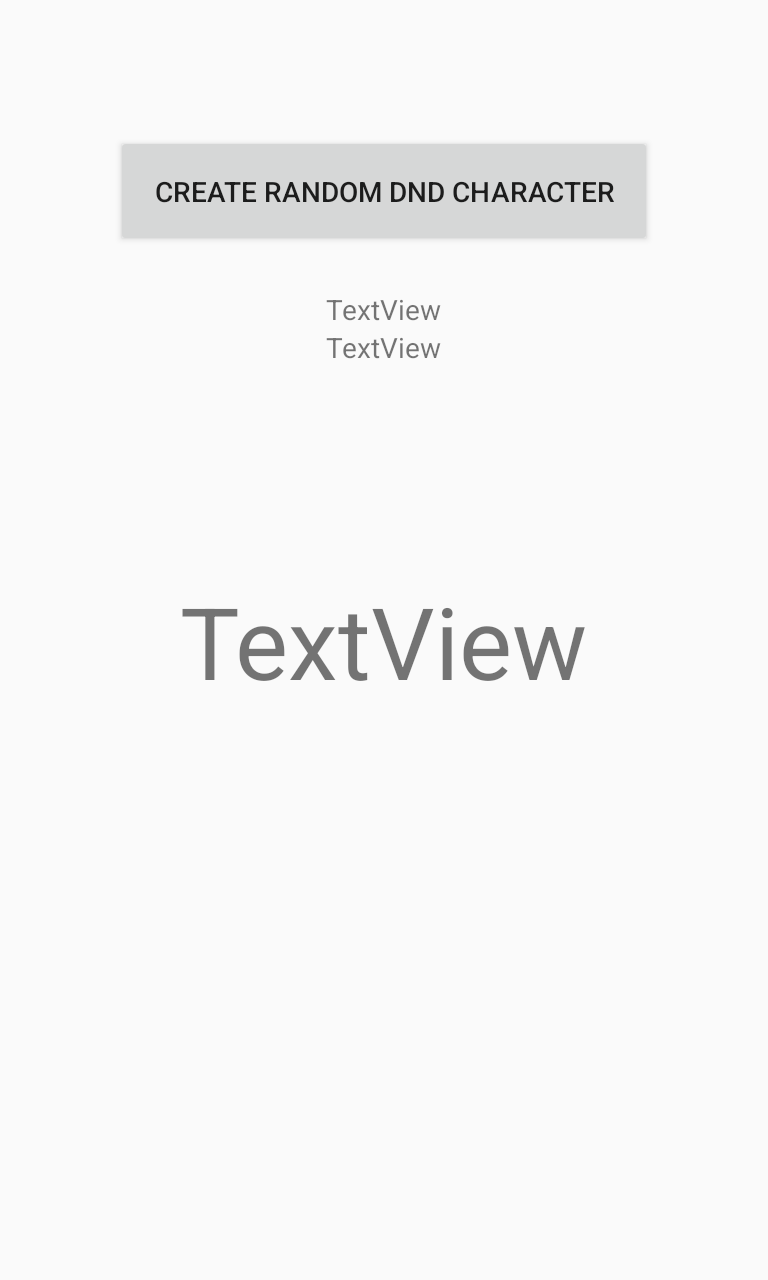
Repository: Vortelf/DnDAndroid
Layout: BuildApp/DnD/res/layout/activity_random_char.xml
An editor plug-in stored every save of this project. The layout is shown before and after the next save, followed by the edit.
It is drawn on a 768 x 1280 px phone screen (xhdpi) without system bars, with theme AppTheme; the app's code is not run.

Above is the layout before, as saved 2014-11-08 17:32:29.

After the next save:
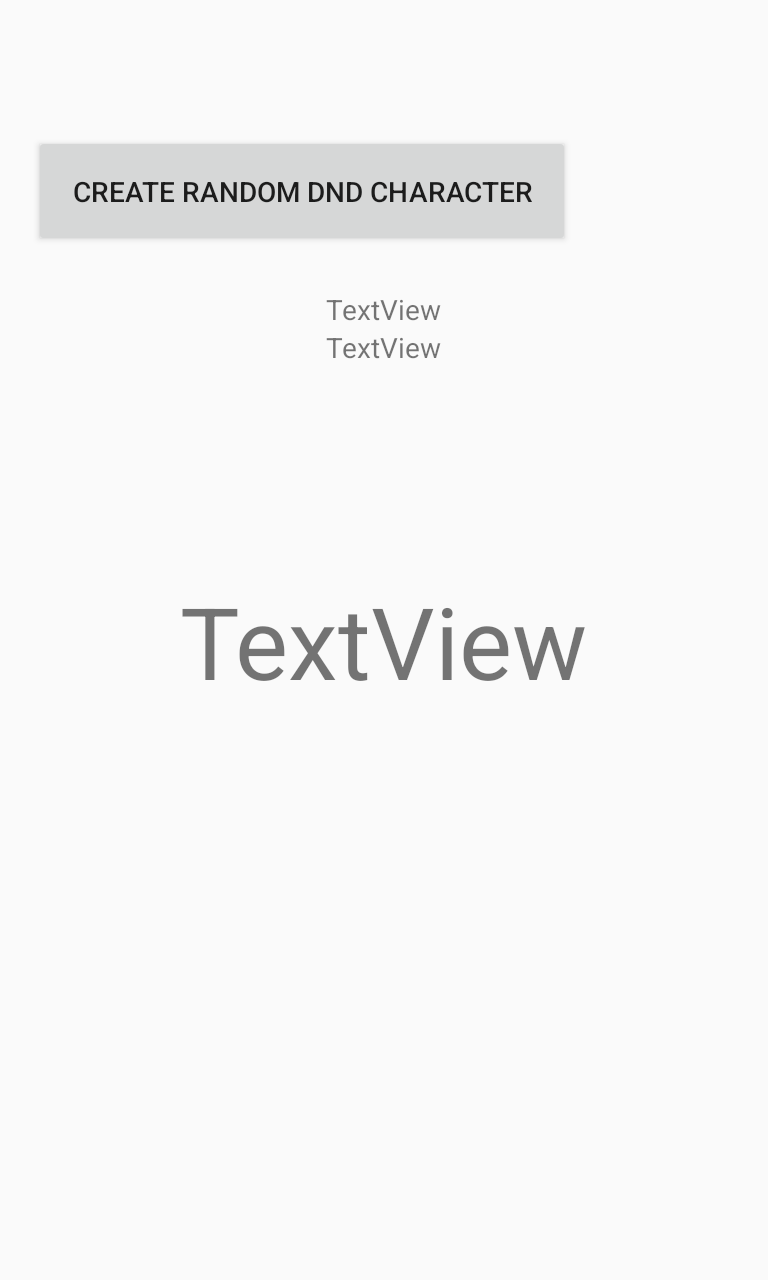
Saved 15 s later.
--- a/BuildApp/DnD/res/layout/activity_random_char.xml
+++ b/BuildApp/DnD/res/layout/activity_random_char.xml
@@ -15,8 +15,6 @@
         android:id="@+id/RandomButton"
         android:layout_width="wrap_content"
         android:layout_height="wrap_content"
-        android:layout_alignParentTop="true"
-        android:layout_centerHorizontal="true"
         android:layout_marginTop="50dp"
         android:gravity="center_horizontal"
         android:padding="20dp"

After the save that followed:
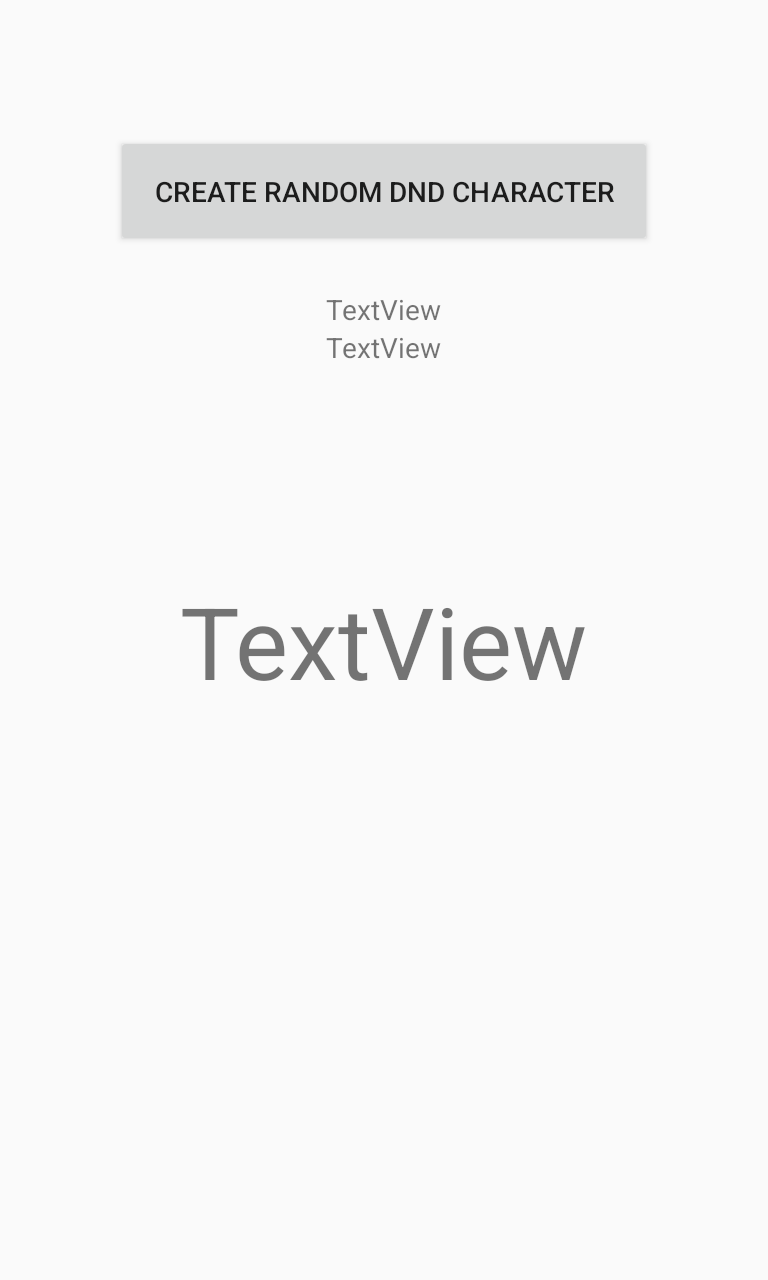
Saved 55 s later.
--- a/BuildApp/DnD/res/layout/activity_random_char.xml
+++ b/BuildApp/DnD/res/layout/activity_random_char.xml
@@ -15,6 +15,8 @@
         android:id="@+id/RandomButton"
         android:layout_width="wrap_content"
         android:layout_height="wrap_content"
+        android:layout_alignParentTop="true"
+        android:layout_centerHorizontal="true"
         android:layout_marginTop="50dp"
         android:gravity="center_horizontal"
         android:padding="20dp"
